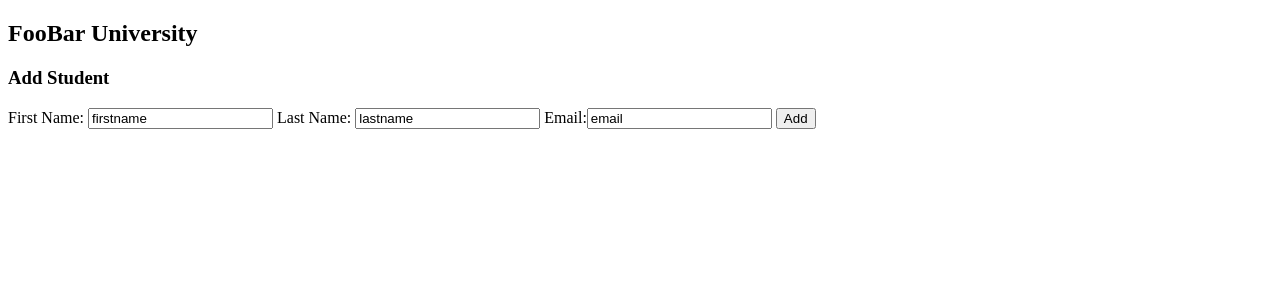
Repository: i-tanova/JEEProjects
Page: http://localhost/StudentsDB/add-student.jsp
An editor plug-in stored every save of this project. The page is shown before and after the next save, followed by the edit.
The browser window is 1280 px wide. The pictures show the whole page.
The page is served by Tomcat 9.

Above is the page before, as saved 2019-11-28 09:00:37.

After the next save:
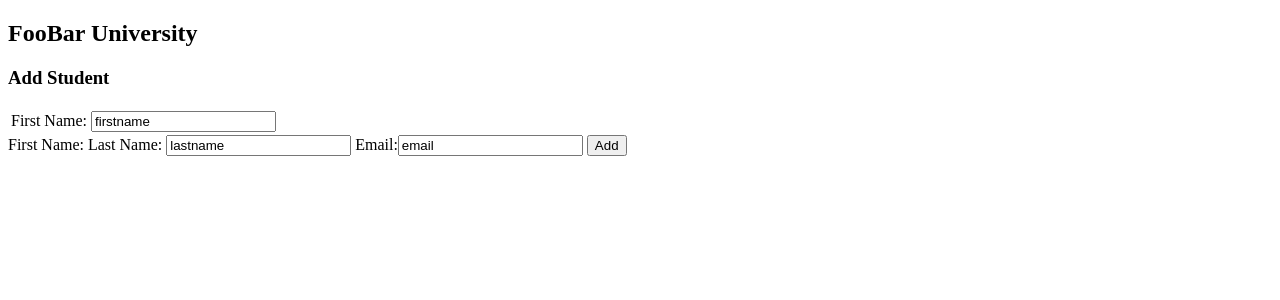
Saved 2 min 24 s later.
--- a/StudentsDB/WebContent/add-student.jsp
+++ b/StudentsDB/WebContent/add-student.jsp
@@ -20,8 +20,16 @@
 <h3>Add Student</h3>
 
 <form action="StudentControllerServlet" method="get">
-
-  First Name: <input type="text" value="firstname"></>
+  <input type="hidden" name="command" value="ADD" />
+  <table>
+  <tbody>
+  <tr>
+  <td>First Name: </td>
+  <td><input type="text" value="firstname"></td>
+  </tr>
+  </tbody>
+  </table>
+  First Name: </>
   Last Name: <input type="text" value="lastname"></>
   Email:<input type="text" value="email" />
   <input type="submit" value="Add">
